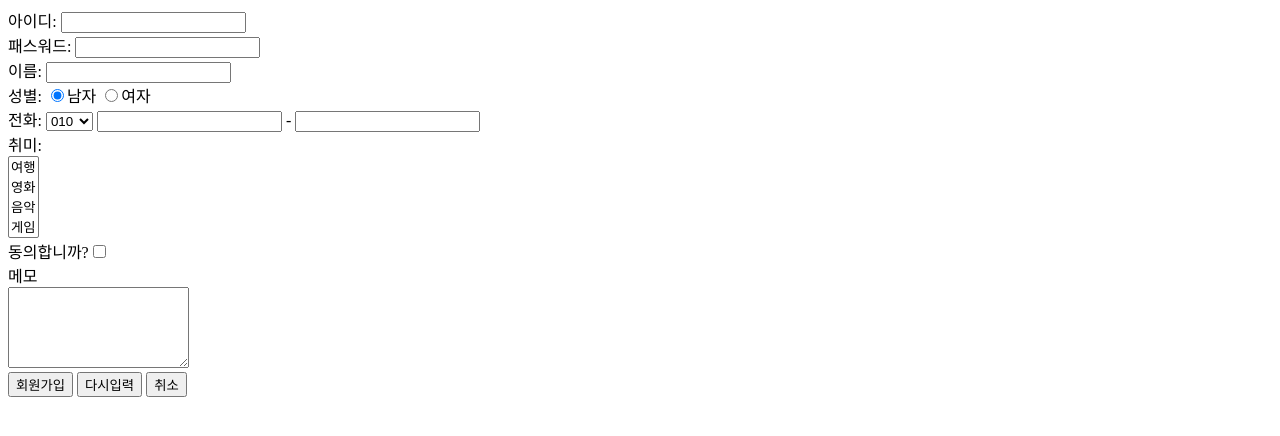
Repository: ProSleeper/itwill
Page: http://localhost/study/day1/test2.jsp
These files come from the project's save history. The page is drawn as it stood at one moment and after the next save; the edit follows.
The browser window is 1280 px wide. The pictures show the whole page.
The page is served by Tomcat 9.

Above is the page before, as saved 2022-07-18 02:22:07.

### study/WebContent/day1/test2.jsp
<%@ page language="java" contentType="text/html; charset=UTF-8"
	pageEncoding="UTF-8"%>
<!DOCTYPE html>
<html>
<head>
<meta charset="UTF-8">
<title>Insert title here</title>
</head>
<body>

<!-- 일반적으로 form양식은 post방식을 씀 -->
	<form action="" method="post" name="myForm">

		아이디: <input type="text" name="userId" /><br /> 패스워드: <input
			type="password" name="userPwd" /><br /> 이름: <input type="text"
			name="userName" /><br /> 성별: <input type="radio" name="gender"
			value="M" checked="checked" />남자 <input type="radio" name="gender"
			value="F" />여자<br/> 전화: <select name="tel1">
			<option value="">선택</option>
			<option value="010" selected="selected">010</option>
			<option value="070">070</option>
			<option value="011">011</option>

		</select> <input type="text" name="tel2" /> - <input type="text" name="tel3"><br />

		취미: <br/><select multiple="multiple" size="4" name="hobby">
			<option value="여행">여행</option>
			<option value="영화">영화</option>
			<option value="음악">음악</option>
			<option value="게임">게임</option>

		</select><br/>

		 동의합니까?<input type="checkbox" name="agreeChk" value="Y"><br />

		메모<br />
		<textarea rows="5" cols="20" name="memo"></textarea><br/>

		<input type="button" value="회원가입" onclick="" />
		<input type="reset" value="다시입력" onclick = "document.myForm.userId.focus();" />
		<input type="button" value="취소" onclick = "javascript:location.href = 'http://localhost:8080/study/index.jsp'"/>

	</form>

</body>
</html>

After the next save:
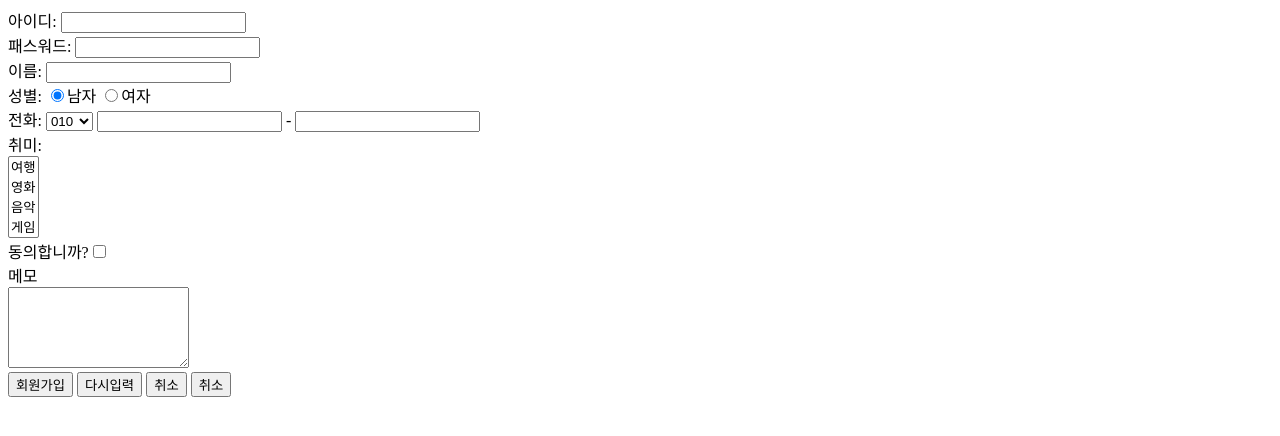
Saved 32 s later.
--- a/study/WebContent/day1/test2.jsp
+++ b/study/WebContent/day1/test2.jsp
@@ -39,6 +39,8 @@
 		<input type="button" value="회원가입" onclick="" />
 		<input type="reset" value="다시입력" onclick = "document.myForm.userId.focus();" />
 		<input type="button" value="취소" onclick = "javascript:location.href = 'http://localhost:8080/study/index.jsp'"/>
+		<input type="button" value="취소" onclick = "location = 'http://localhost:8080/study/index.jsp'"/>
+
 
 	</form>
 

After the save that followed:
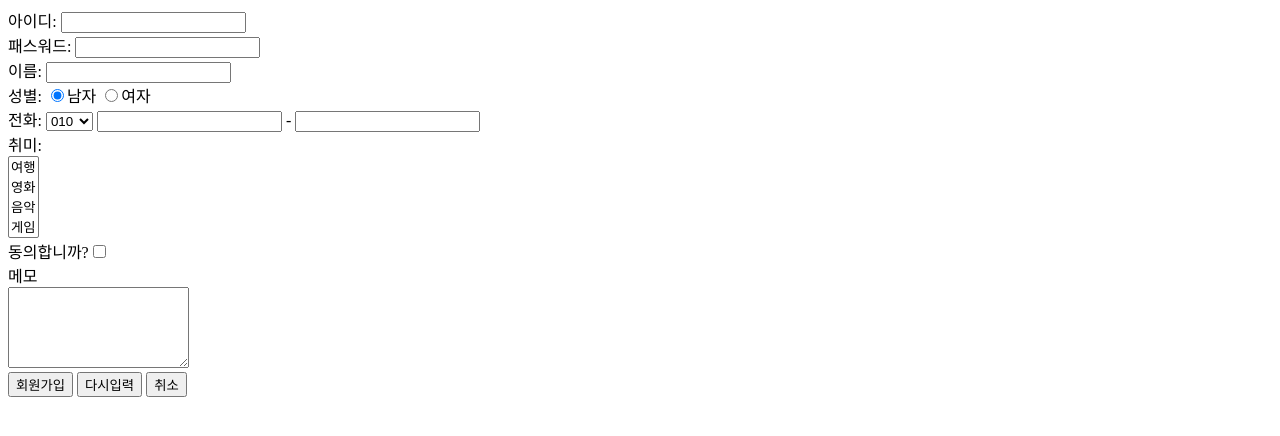
Saved 6 s later.
--- a/study/WebContent/day1/test2.jsp
+++ b/study/WebContent/day1/test2.jsp
@@ -38,7 +38,7 @@
 
 		<input type="button" value="회원가입" onclick="" />
 		<input type="reset" value="다시입력" onclick = "document.myForm.userId.focus();" />
-		<input type="button" value="취소" onclick = "javascript:location.href = 'http://localhost:8080/study/index.jsp'"/>
+
 		<input type="button" value="취소" onclick = "location = 'http://localhost:8080/study/index.jsp'"/>
 
 
